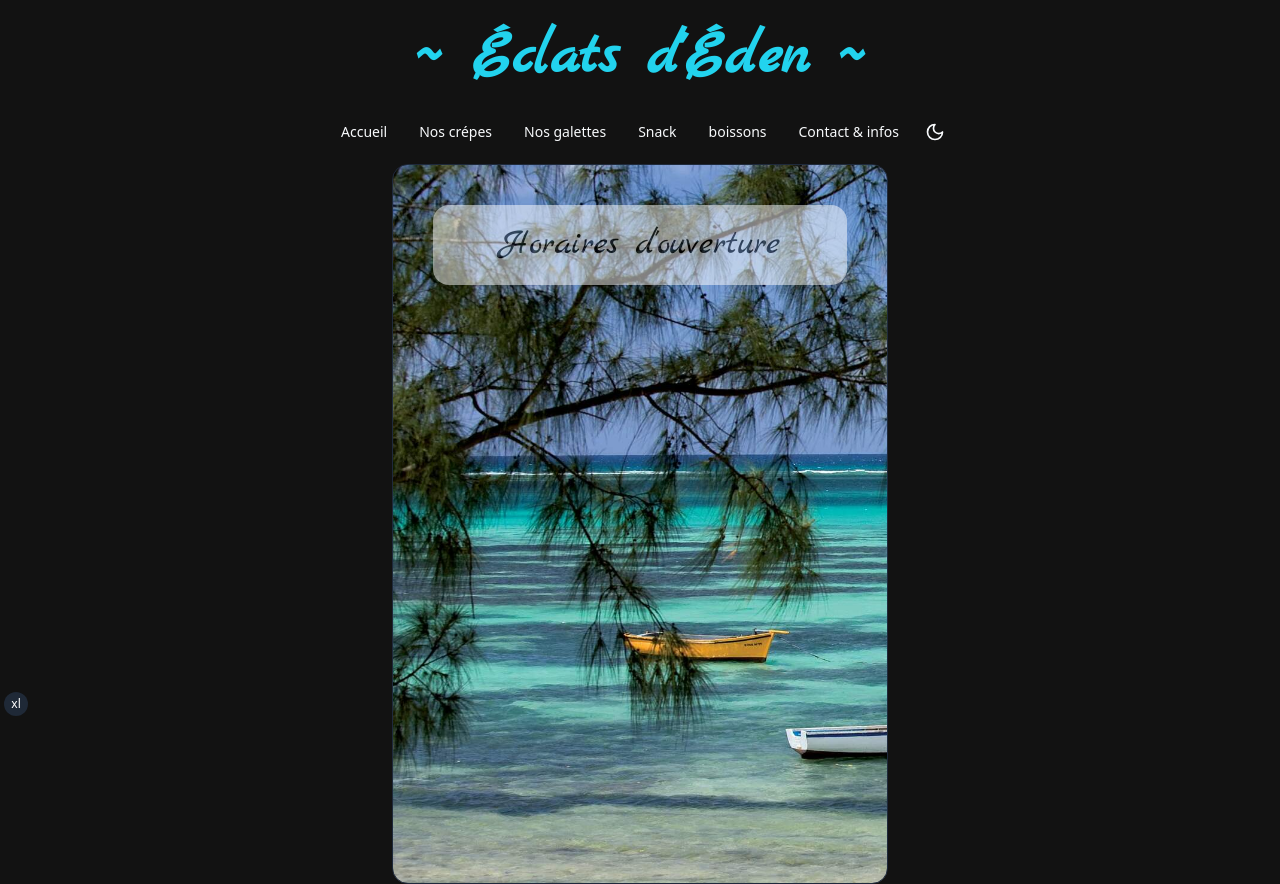
Repository: jeffMauritius/eclats-deden
Page: /schedule
The author's editor kept a copy of each file at every save. The page is drawn from the files as they stood at one save, then again after the next save.
The browser window is 1280 px wide. The pictures show the whole page.
The project was rebuilt for these pictures with package versions that can differ from the ones it lists, and the page was loaded fresh each time. The framework's server and built-in components were replaced by stand-ins that run in the browser. Also part of the build but not shown: next.config.mjs.

Above is the page before, as saved 2024-08-13 07:17:49.

After the next save:
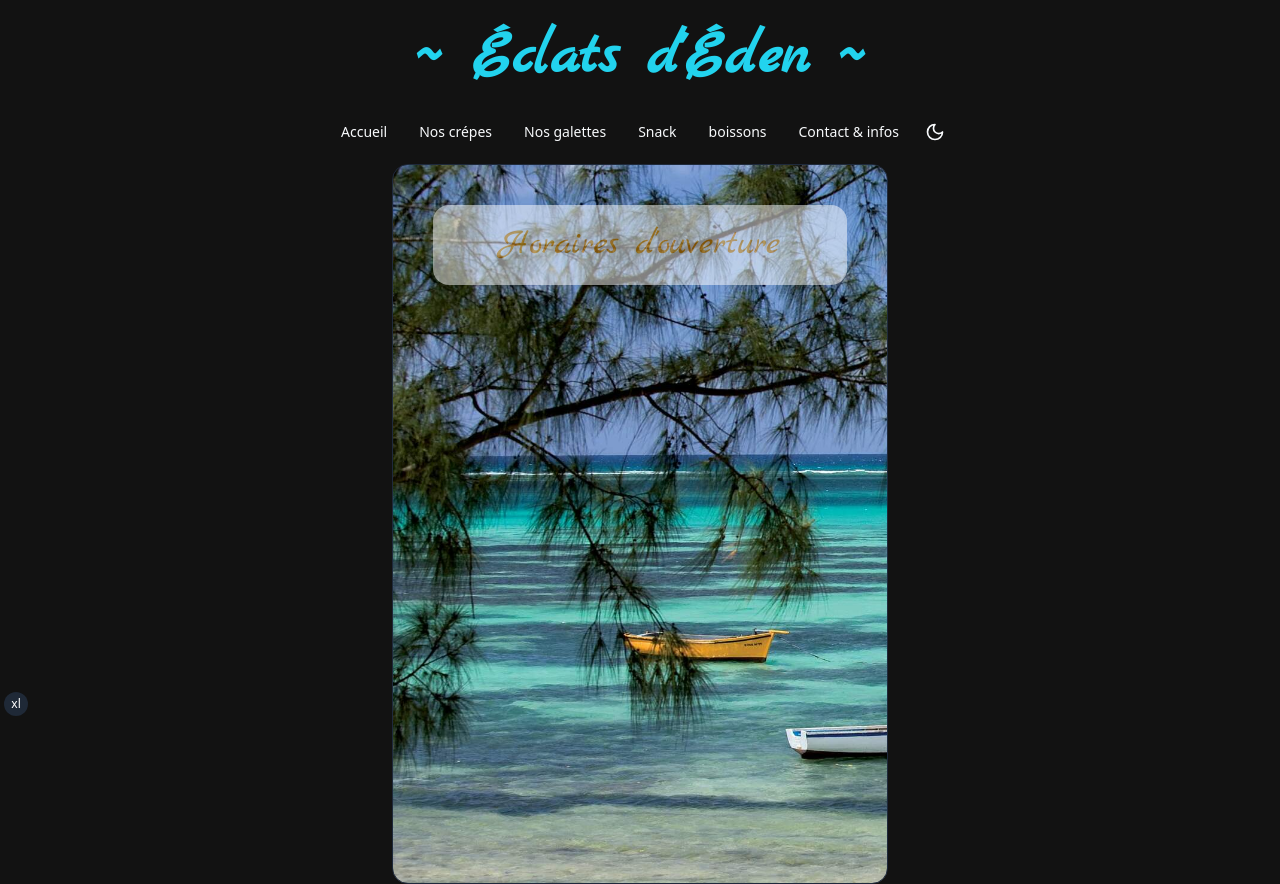
Saved 38 s later.
--- a/app/schedule/page.tsx
+++ b/app/schedule/page.tsx
@@ -5,7 +5,7 @@ const SchedulePage = () => {
         <div className="absolute m-auto h-screen w-2/5 rounded-2xl border bg-[url('/maurice.jpeg')] bg-cover ">
           <div className="relative imageUrl={`bg-[url('/riz.jpeg')] bg-cover`}">
             <div className="m-10 h-full rounded-2xl  bg-white opacity-50 ">
-              <h1 className="p-5 text-center font-display text-4xl text-black">
+              <h1 className="p-5 text-center font-display text-4xl text-amber-500">
                 Horaires d'ouverture
               </h1>
             </div>
